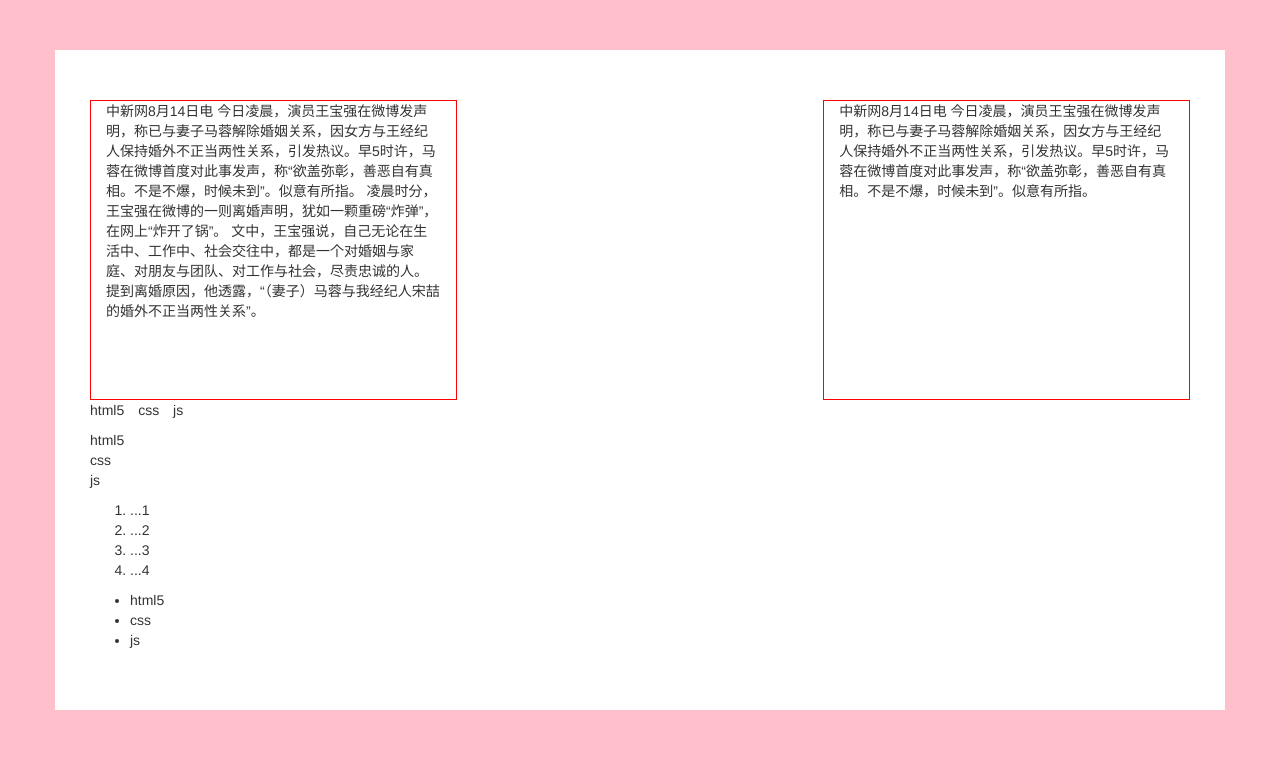
Repository: linkosong/mine
Page: workspaces/activity/src/main/webapp/WEB-INF/index.html
An editor plug-in stored every save of this project. The page is shown before and after the next save, followed by the edit.
The browser window is 1280 px wide. The pictures show the whole page.

Above is the page before, as saved 2016-11-15 06:53:17.

After the next save:
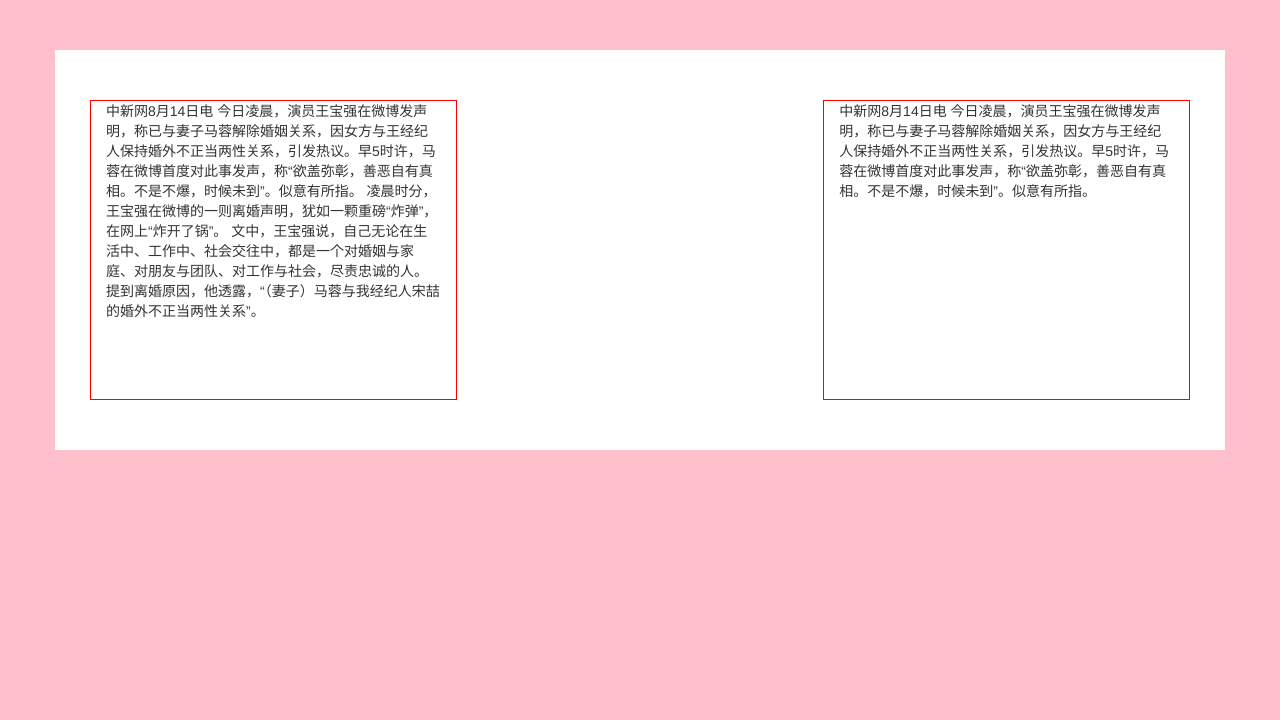
Saved 21 s later.
--- a/workspaces/activity/src/main/webapp/WEB-INF/index.html
+++ b/workspaces/activity/src/main/webapp/WEB-INF/index.html
@@ -27,29 +27,7 @@
 					中新网8月14日电
 					今日凌晨，演员王宝强在微博发声明，称已与妻子马蓉解除婚姻关系，因女方与王经纪人保持婚外不正当两性关系，引发热议。早5时许，马蓉在微博首度对此事发声，称“欲盖弥彰，善恶自有真相。不是不爆，时候未到”。似意有所指。
 			</div>
-			<div>
-			  <ul class="list-inline">
-				<li>html5</li>
-				<li>css</li>
-				<li>js</li>
-			  </ul>
-			  <ul class="list-unstyled">
-				<li>html5</li>
-				<li>css</li>
-				<li>js</li>
-			  </ul>
-			  <ol>
-                <li>...1</li>
-                <li>...2</li>
-                <li>...3</li>
-                <li>...4</li>
-              </ol>
-               <ul >
-				<li>html5</li>
-				<li>css</li>
-				<li>js</li>
-			  </ul>
-			</div>
+
 		</div>
 	</div>
 	</body>
